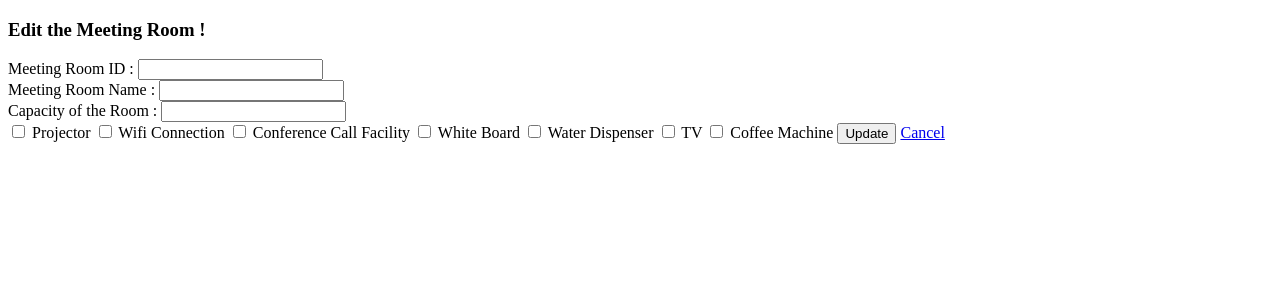
Repository: pavleen14/techyons-code-fury
Page: http://localhost/meetingroommanagement/editRoom.jsp
These files come from the project's save history. The page is drawn as it stood at one moment and after the next save; the edit follows.
The browser window is 1280 px wide. The pictures show the whole page.
The page is served by Tomcat 9.

Above is the page before, as saved 2021-09-25 11:55:46.

After the next save:
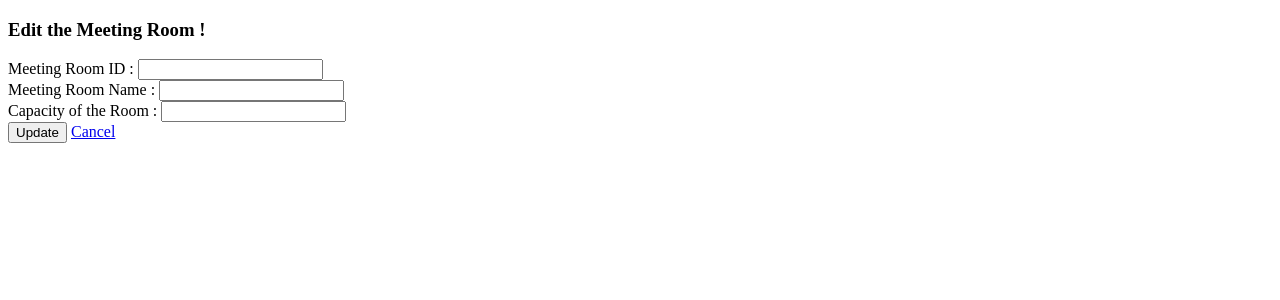
Saved 14 s later.
--- a/application/meetingroommanagement/src/main/webapp/editRoom.jsp
+++ b/application/meetingroommanagement/src/main/webapp/editRoom.jsp
@@ -21,13 +21,9 @@
    Capacity of the Room :
    <input type="number" name="mcapacity" value="${room.seatingCapacity}"><br>
 
-   <input type="checkbox"  name="amenities" value="Projector"> Projector
-   <input type="checkbox"  name="amenities" value="Wifi Connection"> Wifi Connection
-   <input type="checkbox"  name="amenities" value="Conference Call Facility"> Conference Call Facility
-   <input type="checkbox"  name="amenities" value="Whiteboard"> White Board
-   <input type="checkbox"  name="amenities" value="Water Dispenser"> Water Dispenser
-   <input type="checkbox"  name="amenities" value="TV"> TV
-   <input type="checkbox"  name="amenities" value="Coffee Machine"> Coffee Machine
+   <e:forEach items="${amenities}" var="amenity">
+	   <input type="checkbox"  name="amenities" value="${amenity}"> ${amenity}
+   </e:forEach>
    <input type ="submit" value ="Update">
    <!-- this has to look like a button -->
    <input type = "hidden" name="editflag" value="true"/>
